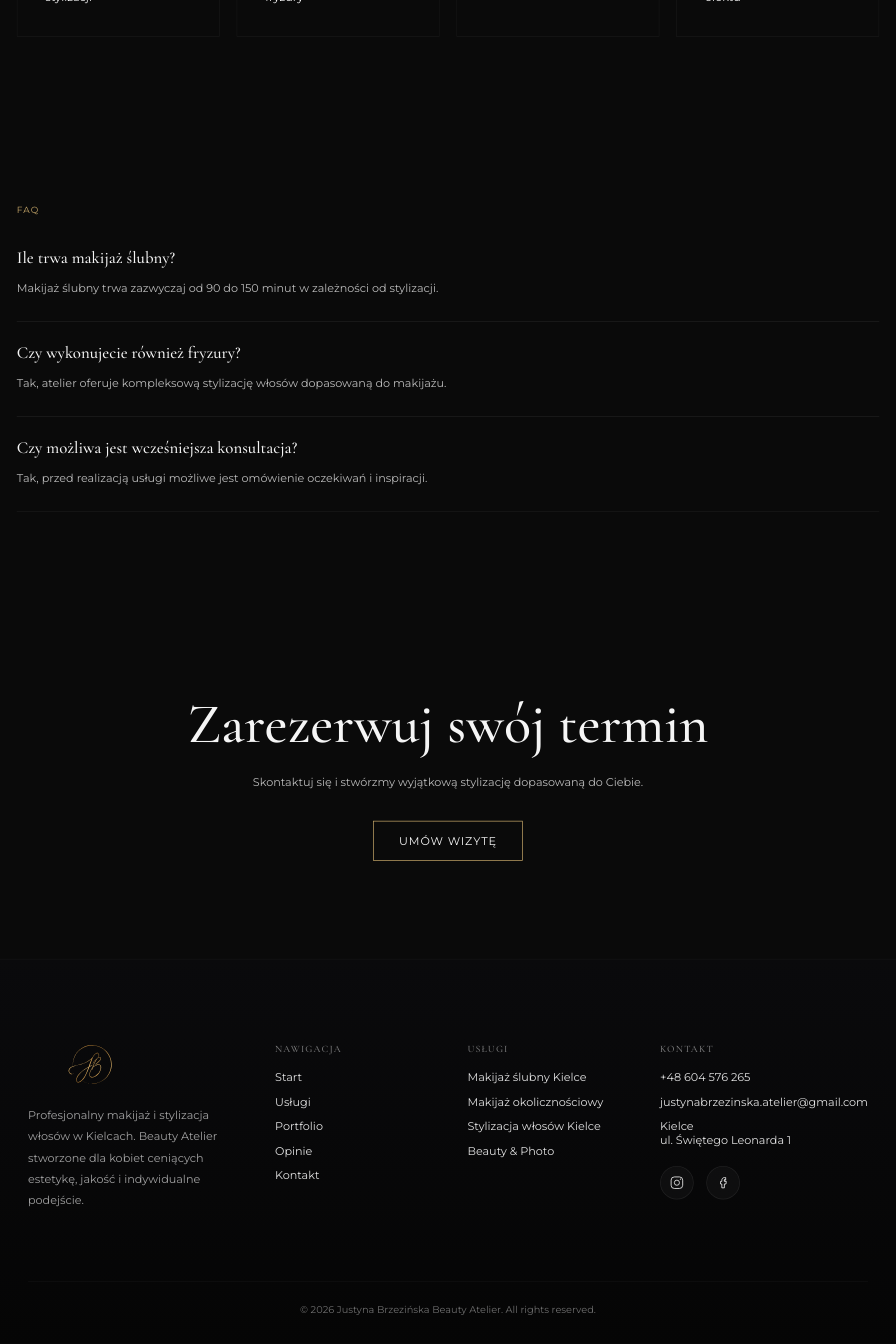
Repository: justynabrzezinskaatelier-bot/justynabrzezinska
Page: /uslugi
The author's editor kept a copy of each file at every save. The page is drawn from the files as they stood at one save, then again after the next save.
The browser window is 1280 px wide. The pictures show the part of the page from y = 3191 to 5111 px (the page is 5111 px tall before and 4658 px after), at 70% of full size.
The project was rebuilt for these pictures with package versions that can differ from the ones it lists, and the page was loaded fresh each time. The framework's server and built-in components were replaced by stand-ins that run in the browser. Also part of the build but not shown: next.config.ts.

Above is the page before, as saved 2026-05-09 18:19:15.

### src/app/layout.tsx
import type { Metadata, Viewport } from "next";
import { Cormorant_Garamond, Montserrat } from "next/font/google";
import Navbar from "@/components/Navbar/Navbar";
import Footer from "@/components/Footer/Footer";

import "@/styles/globals.css";

const cormorant = Cormorant_Garamond({
  subsets: ["latin"],
  variable: "--font-heading",
});

const montserrat = Montserrat({
  subsets: ["latin"],
  variable: "--font-body",
});

export const metadata: Metadata = {
  title: "Justyna Brzezińska Beauty Atelier",
  description:
    "Makijaż i stylizacja włosów w Kielcach. Makeup & Hair Studio.",

  icons: {
    icon: [
      {
        url: "/favicon.ico",
      },
      {
        url: "/favicon.svg",
        type: "image/svg+xml",
      },
      {
        url: "/favicon-96x96.png",
        sizes: "96x96",
        type: "image/png",
      },
    ],

    apple: "/apple-touch-icon.png",

    shortcut: "/favicon.ico",
  },

  manifest: "/site.webmanifest",

  appleWebApp: {
    title: "JB Atelier",
  },
};

export const viewport: Viewport = {
  themeColor: "#0a0a0a",
};

export default function RootLayout({
  children,
}: Readonly<{
  children: React.ReactNode;
}>) {
  return (
    <html lang="pl" data-scroll-behavior="smooth">
      <body className={`${cormorant.variable} ${montserrat.variable}`}>
        <Navbar />
        {children}
        <Footer />
      </body>
    </html>
  );
}

### src/app/uslugi/page.tsx
import type { Metadata } from "next";
import ServicesPage from "@/sections/ServicesPage/ServicesPage";

export const metadata: Metadata = {
    title: "Usługi | Justyna Brzezińska Beauty Atelier",
    description:
        "Makijaż ślubny, makijaż okolicznościowy i stylizacja włosów w Kielcach. Premium Beauty Atelier.",

    keywords: [
        "makijaż Kielce",
        "makijaż ślubny Kielce",
        "stylizacja włosów Kielce",
        "makeup artist Kielce",
        "beauty atelier Kielce",
    ],
};

export default function UsługiPage() {
    return <ServicesPage />;
}

### src/styles/globals.css
* {
  margin: 0;
  padding: 0;
  box-sizing: border-box;
}

:root {
  --background: #0a0a0a;
  --text: #f5f5f5;

  --gold: #c6a769;
  --gold-light: #e2c78f;

  --pink: #d8b4b4;

  --container: 1280px;

  --font-heading: serif;
  --font-body: sans-serif;
}

html {
  scroll-behavior: smooth;
}

body {
  background: var(--background);
  color: var(--text);
  font-family: var(--font-body);
}

h1,
h2,
h3,
h4 {
  font-family: var(--font-heading);
  font-weight: 500;
  line-height: 1.1;
}

img {
  max-width: 100%;
  display: block;
}

button,
input,
textarea {
  font: inherit;
}

a {
  color: inherit;
  text-decoration: none;
}

.container {
  width: 100%;
  max-width: var(--container);
  margin: 0 auto;
  padding: 0 24px;
}

### src/sections/ServicesPage/ServicesPage.tsx
import Image from "next/image";
import styles from "./ServicesPage.module.css";
import Link from "next/link";

const services = [
    {
        title: "Makijaż ślubny",
        description:
            "Elegancki i trwały makijaż ślubny tworzony z dbałością o każdy detal oraz perfekcyjne wykończenie.",
        image: "/services/wedding-makeup.webp",
        slug: "makijaz-slubny-kielce",
    },
    {
        title: "Makijaż okolicznościowy",
        description:
            "Profesjonalny makijaż na wyjątkowe okazje podkreślający naturalne piękno i charakter stylizacji.",
        image: "/services/occasion-makeup.webp",
        slug: "makijaz-okolicznosciowy-kielce",
    },
    {
        title: "Stylizacja włosów",
        description:
            "Nowoczesne fryzury i stylizacje włosów tworzone w harmonii z makijażem.",
        image: "/services/hair-style-look.webp",
        slug: "stylizacja-wlosow-kielce",
    },
    {
        title: "Beauty & Photo",
        description:
            "Kompleksowe przygotowanie beauty do sesji zdjęciowych.",
        image: "/services/beautyphoto.webp",
        slug: "beauty-photo-kielce",
    },
];

const process = [
    "Konsultacja i omówienie stylizacji",
    "Dobór makijażu oraz fryzury",
    "Realizacja usługi beauty",
    "Final touch i utrwalenie efektu",
];

const faq = [
    {
        question: "Ile trwa makijaż ślubny?",
        answer:
            "Makijaż ślubny trwa zazwyczaj od 90 do 150 minut w zależności od stylizacji.",
    },

    {
        question: "Czy wykonujecie również fryzury?",
        answer:
            "Tak, atelier oferuje kompleksową stylizację włosów dopasowaną do makijażu.",
    },

    {
        question: "Czy możliwa jest wcześniejsza konsultacja?",
        answer:
            "Tak, przed realizacją usługi możliwe jest omówienie oczekiwań i inspiracji.",
    },
];

export default function ServicesPage() {
    return (
        <main className={styles.page}>
            <section className={styles.hero}>

                <p className={styles.label}>Beauty Atelier</p>

                <h1>
                    Makijaż i stylizacja włosów
                    <span> w Kielcach</span>
                </h1>

                <p className={styles.description}>
                    Luxury Makeup & Hair Studio tworzone z pasji do
                    estetyki, trwałości i indywidualnego podejścia.
                </p>

            </section>

            <section className={styles.services}>
                <div className="container">
                    <div className={styles.grid}>
                        {services.map((service) => (
                            <article key={service.title} className={styles.card}>
                                <div className={styles.imageWrapper}>
                                    <Image
                                        src={service.image}
                                        alt={service.title}
                                        fill
                                        sizes="(max-width: 960px) 100vw, 50vw"
                                        className={styles.image}
                                    />
                                </div>

                                <div className={styles.content}>
                                    <h2>{service.title}</h2>

                                    <p>{service.description}</p>

                                    <Link href={`/uslugi/${service.slug}`}>
                                        Dowiedz się więcej
                                    </Link>
                                </div>
                            </article>
                        ))}
                    </div>
                </div>
            </section>

            <section className={styles.process}>
                <div className="container">
                    <p className={styles.label}>Proces współpracy</p>

                    <div className={styles.processGrid}>
                        {process.map((step, index) => (
                            <div key={step} className={styles.processCard}>
                                <span>0{index + 1}</span>

                                <p>{step}</p>
                            </div>
                        ))}
                    </div>
                </div>
            </section>

            <section className={styles.faq}>
                <div className="container">
                    <p className={styles.label}>FAQ</p>

                    <div className={styles.faqList}>
                        {faq.map((item) => (
                            <article key={item.question} className={styles.faqItem}>
                                <h3>{item.question}</h3>

                                <p>{item.answer}</p>
                            </article>
                        ))}
                    </div>
                </div>
            </section>

            <section className={styles.cta}>
                <div className="container">
                    <h2>Zarezerwuj swój termin</h2>

                    <p>
                        Skontaktuj się i stwórzmy wyjątkową stylizację
                        dopasowaną do Ciebie.
                    </p>

                    <a href="/kontakt">Umów wizytę</a>
                </div>
            </section>
        </main>
    );
}

### src/components/Navbar/Navbar.module.css
.header {
    position: fixed;
    top: 0;
    width: 100%;
    z-index: 100;
    transition: all 0.3s ease;
}

.scrolled {
    background: rgba(11, 11, 13, 0.6);
    backdrop-filter: blur(12px);
    border-bottom: 1px solid rgba(200, 169, 106, 0.15);
}

.inner {
    max-width: 1200px;
    margin: 0 auto;
    padding: 18px 24px;
    display: flex;
    align-items: center;
    justify-content: space-between;
}

/* LOGO */
.logo {
    display: flex;
    align-items: center;
}

/* NAV */
.nav {
    display: flex;
    gap: 32px;
}

.nav a {
    color: #fff;
    font-size: 14px;
    letter-spacing: 1px;
    text-transform: uppercase;
    opacity: 0.8;
    transition: 0.3s;
}

.nav a:hover {
    opacity: 1;
    color: #c8a96a;
}

/* CTA */
.cta {
    padding: 10px 18px;
    border: 1px solid #c8a96a;
    color: #c8a96a;
    font-size: 13px;
    text-transform: uppercase;
    letter-spacing: 1px;
    transition: 0.3s;
}

.cta:hover {
    background: #c8a96a;
    color: #0b0b0d;
}

/* BURGER */
.burger {
    display: none;
    flex-direction: column;
    gap: 5px;
    background: none;
    border: none;
}

.burger span {
    width: 24px;
    height: 2px;
    background: white;
    transition: 0.3s;
}

/* OVERLAY */
.overlay {
    position: fixed;
    inset: 0;
    background: rgba(0, 0, 0, 0.6);
    backdrop-filter: blur(8px);
    z-index: 90;
}

/* MOBILE MENU */
.mobileMenu {
    position: fixed;
    inset: 0;
    width: 100vw;
    height: 100vh;
    background: rgba(11, 11, 13, 0.98);
    backdrop-filter: blur(18px);
    z-index: 1000;

    display: flex;
    justify-content: center;
    align-items: center;

    opacity: 0;
    pointer-events: none;
    transition: opacity 0.4s ease;
}

/* OPEN STATE */
.open {
    opacity: 1;
    pointer-events: all;
}

.mobileContent {
    display: flex;
    flex-direction: column;
    align-items: center;
    text-align: center;
    gap: 40px;

    transform: scale(0.98);
    animation: fadeIn 0.5s ease forwards;
}

/* LOGO */
.mobileLogo {
    margin-bottom: 10px;
}

/* NAV LINKS - LUXURY TYPOGRAPHY */
.mobileNav {
    display: flex;
    flex-direction: column;
    gap: 22px;
}

.mobileNav a {
    font-size: 22px;
    letter-spacing: 2px;
    text-transform: uppercase;
    color: #ffffff;
    opacity: 0.75;
    transition: 0.3s;
}

.mobileNav a:hover {
    opacity: 1;
    color: #c8a96a;
}

/* CTA */
.mobileCTA {
    margin-top: 20px;
    padding: 14px 28px;
    border: 1px solid #c8a96a;
    color: #c8a96a;
    text-transform: uppercase;
    letter-spacing: 2px;
    font-size: 13px;
    transition: 0.3s;
}

.mobileCTA:hover {
    background: #c8a96a;
    color: #0b0b0d;
}

/* CLOSE BUTTON */
.close {
    position: absolute;
    top: 24px;
    right: 24px;
    font-size: 36px;
    background: none;
    border: none;
    color: white;
    opacity: 0.6;
    transition: 0.3s;
}

.close:hover {
    opacity: 1;
}

/* ANIMATION */
@keyframes fadeIn {
    from {
        opacity: 0;
        transform: scale(0.96);
    }

    to {
        opacity: 1;
        transform: scale(1);
    }
}

/* RESPONSIVE */
@media (max-width: 900px) {

    .nav,
    .cta {
        display: none;
    }

    .burger {
        display: flex;
    }
}

### src/components/Footer/Footer.module.css
.footer {
    position: relative;

    padding:
        120px 40px 40px;

    background:
        linear-gradient(to bottom,
            #0a0a0c,
            #050505);

    border-top:
        1px solid rgba(255, 255, 255, 0.06);
}

.top {
    max-width: 1400px;
    margin: 0 auto;

    display: grid;
    grid-template-columns:
        1.4fr 1fr 1fr 1fr;

    gap: 80px;
}

.brand p {
    margin-top: 28px;

    color:
        rgba(255, 255, 255, 0.62);

    line-height: 1.9;

    max-width: 340px;
}

.column h3 {
    margin-bottom: 24px;

    font-size: 14px;
    font-weight: 500;
    letter-spacing: 0.12em;
    text-transform: uppercase;

    color:
        rgba(255, 255, 255, 0.45);
}

.column nav,
.links,
.contact {
    display: flex;
    flex-direction: column;
    gap: 16px;
}

.column a,
.contact p {
    color:
        rgba(255, 255, 255, 0.88);

    text-decoration: none;

    transition: 0.3s ease;
}

.column a:hover {
    color: white;
}

.socials {
    display: flex;
    gap: 18px;

    margin-top: 28px;
}

.socials a {
    width: 48px;
    height: 48px;

    display: flex;
    align-items: center;
    justify-content: center;

    border-radius: 50%;

    border:
        1px solid rgba(255, 255, 255, 0.08);

    background:
        rgba(255, 255, 255, 0.03);

    color:
        rgba(255, 255, 255, 0.8);

    transition:
        transform 0.3s ease,
        background 0.3s ease,
        border-color 0.3s ease;
}

.socials a:hover {
    transform: translateY(-3px);

    background:
        rgba(255, 255, 255, 0.08);

    border-color:
        rgba(255, 255, 255, 0.15);

    color: white;
}

.bottom {
    margin-top: 100px;
    padding-top: 30px;

    border-top:
        1px solid rgba(255, 255, 255, 0.06);

    text-align: center;
}

.bottom p {
    color:
        rgba(255, 255, 255, 0.42);

    font-size: 14px;
}

@media (max-width: 1000px) {

    .top {
        grid-template-columns: 1fr;
        gap: 60px;
    }

    .footer {
        display: flex;
        flex-direction: column;
        align-items: center;
        justify-content: center;
        align-items: center;
        text-align: center;
        padding:
            90px 24px 32px;
    }

    .brand {
        display: flex;
        flex-direction: column;
        align-items: center;
    }

    .socials {
        justify-content: center;
    }

    .bottom {
        margin-top: 60px;
    }
}

### src/sections/ServicesPage/ServicesPage.module.css
.page {
    padding-top: 140px;
}

.hero {
    display: flex;
    flex-direction: column;
    align-items: center;
    justify-content: center;
    padding: 120px 0 80px;
}

.label {
    color: var(--gold);

    text-transform: uppercase;
    letter-spacing: 0.12em;

    margin-bottom: 24px;

    font-size: 0.8rem;
}

.hero h1 {
    text-align: center;
    font-size: clamp(3rem, 10vw, 6rem);
    max-width: 900px;
    line-height: 1.1;
}

.hero h1 span {
    color: var(--gold);
}

.description {
    text-align: center;
    margin-top: 32px;
    max-width: 640px;
    color: rgba(255, 255, 255, 0.72);
    font-size: 1.1rem;
    line-height: 1.8;
}

.services {
    padding: 80px 0;
}

.grid {
    display: grid;
    grid-template-columns: repeat(2, 1fr);

    gap: 40px;
}

.card {
    background: rgba(255, 255, 255, 0.02);

    border: 1px solid rgba(255, 255, 255, 0.05);

    overflow: hidden;

    transition:
        transform 0.4s ease,
        border-color 0.4s ease;
}

.card:hover {
    transform: translateY(-8px);

    border-color: rgba(198, 167, 105, 0.3);
}

.imageWrapper {
    position: relative;

    aspect-ratio: 4 / 5;
}

.image {
    object-fit: cover;
}

.content {
    padding: 40px;
}

.content h2 {
    margin-bottom: 20px;

    font-size: 2rem;
}

.content p {
    color: rgba(255, 255, 255, 0.72);

    line-height: 1.8;
}

.content a {
    display: inline-block;

    margin-top: 32px;

    color: var(--gold);

    text-transform: uppercase;
    letter-spacing: 0.08em;

    font-size: 0.85rem;
}

.process {
    padding: 120px 0;
}

.processGrid {
    display: grid;
    grid-template-columns: repeat(4, 1fr);

    gap: 24px;

    margin-top: 48px;
}

.processCard {
    padding: 40px;

    border: 1px solid rgba(255, 255, 255, 0.05);
}

.processCard span {
    display: block;

    margin-bottom: 24px;

    color: var(--gold);

    font-size: 2rem;
}

.processCard p {
    line-height: 1.8;
}

.faq {
    padding: 120px 0;
}

.faqList {
    display: flex;
    flex-direction: column;

    gap: 32px;

    margin-top: 48px;
}

.faqItem {
    padding-bottom: 32px;

    border-bottom: 1px solid rgba(255, 255, 255, 0.08);
}

.faqItem h3 {
    margin-bottom: 16px;

    font-size: 1.5rem;
}

.faqItem p {
    color: rgba(255, 255, 255, 0.72);

    line-height: 1.8;
}

.cta {
    padding: 140px 0;

    text-align: center;
}

.cta h2 {
    font-size: clamp(3rem, 7vw, 5rem);
}

.cta p {
    max-width: 640px;

    margin: 24px auto 0;

    color: rgba(255, 255, 255, 0.72);

    line-height: 1.8;
}

.cta a {
    display: inline-block;

    margin-top: 40px;

    padding: 18px 36px;

    border: 1px solid var(--gold);

    text-transform: uppercase;
    letter-spacing: 0.08em;

    transition:
        background 0.3s ease,
        color 0.3s ease;
}

.cta a:hover {
    background: var(--gold);
    color: #000;
}

@media (max-width: 960px) {
    .grid {
        grid-template-columns: 1fr;
    }

    .processGrid {
        grid-template-columns: 1fr;
    }

    .content {
        padding: 32px 24px;
    }

    .hero {
        padding-top: 80px;
    }
}

Loaded but not shown: src/components/Navbar/Navbar.tsx (185 lines, source omitted); src/components/Footer/Footer.tsx (159 lines, source omitted)

After the next save:
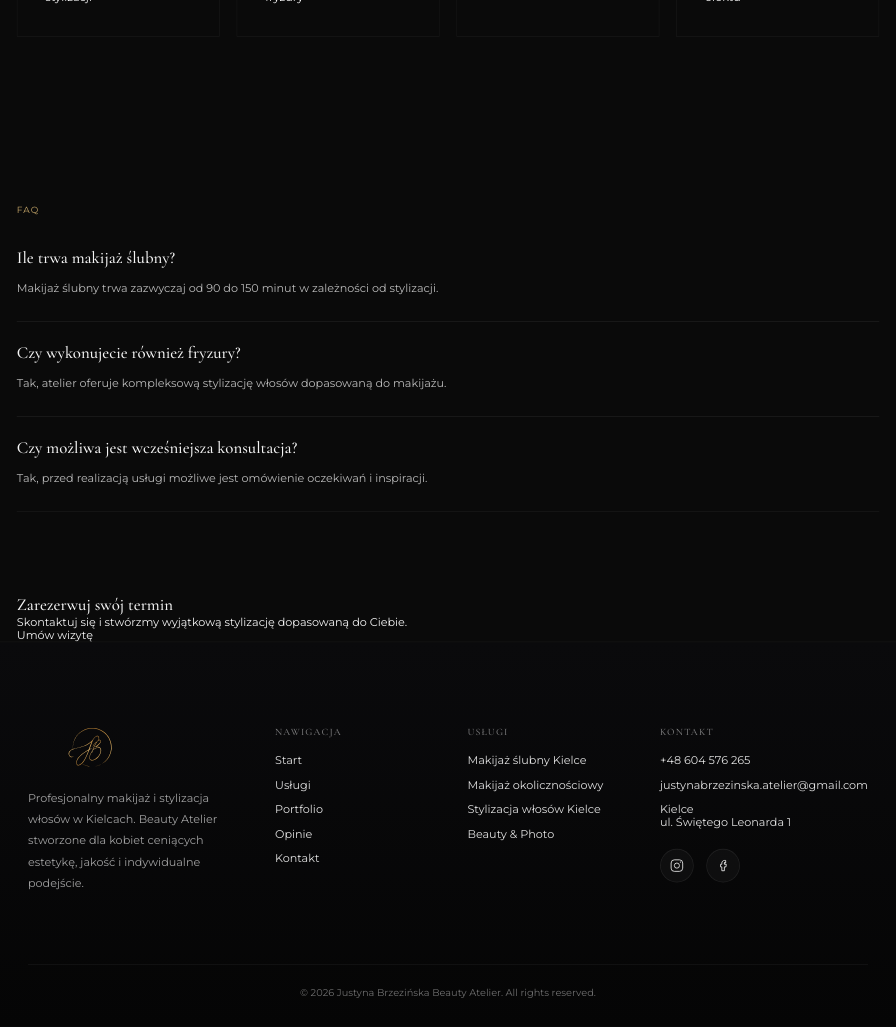
Saved 65 s later.
--- a/src/sections/ServicesPage/ServicesPage.tsx
+++ b/src/sections/ServicesPage/ServicesPage.tsx
@@ -141,18 +141,18 @@
                 </div>
             </section>
 
-            <section className={styles.cta}>
-                <div className="container">
-                    <h2>Zarezerwuj swój termin</h2>
+            {/* <section className={styles.cta}> */}
+            <div className="container">
+                <h2>Zarezerwuj swój termin</h2>
 
-                    <p>
-                        Skontaktuj się i stwórzmy wyjątkową stylizację
-                        dopasowaną do Ciebie.
-                    </p>
+                <p>
+                    Skontaktuj się i stwórzmy wyjątkową stylizację
+                    dopasowaną do Ciebie.
+                </p>
 
-                    <a href="/kontakt">Umów wizytę</a>
-                </div>
-            </section>
+                <a href="/kontakt">Umów wizytę</a>
+            </div>
+            {/* </section> */}
         </main>
     );
 }

After the save that followed:
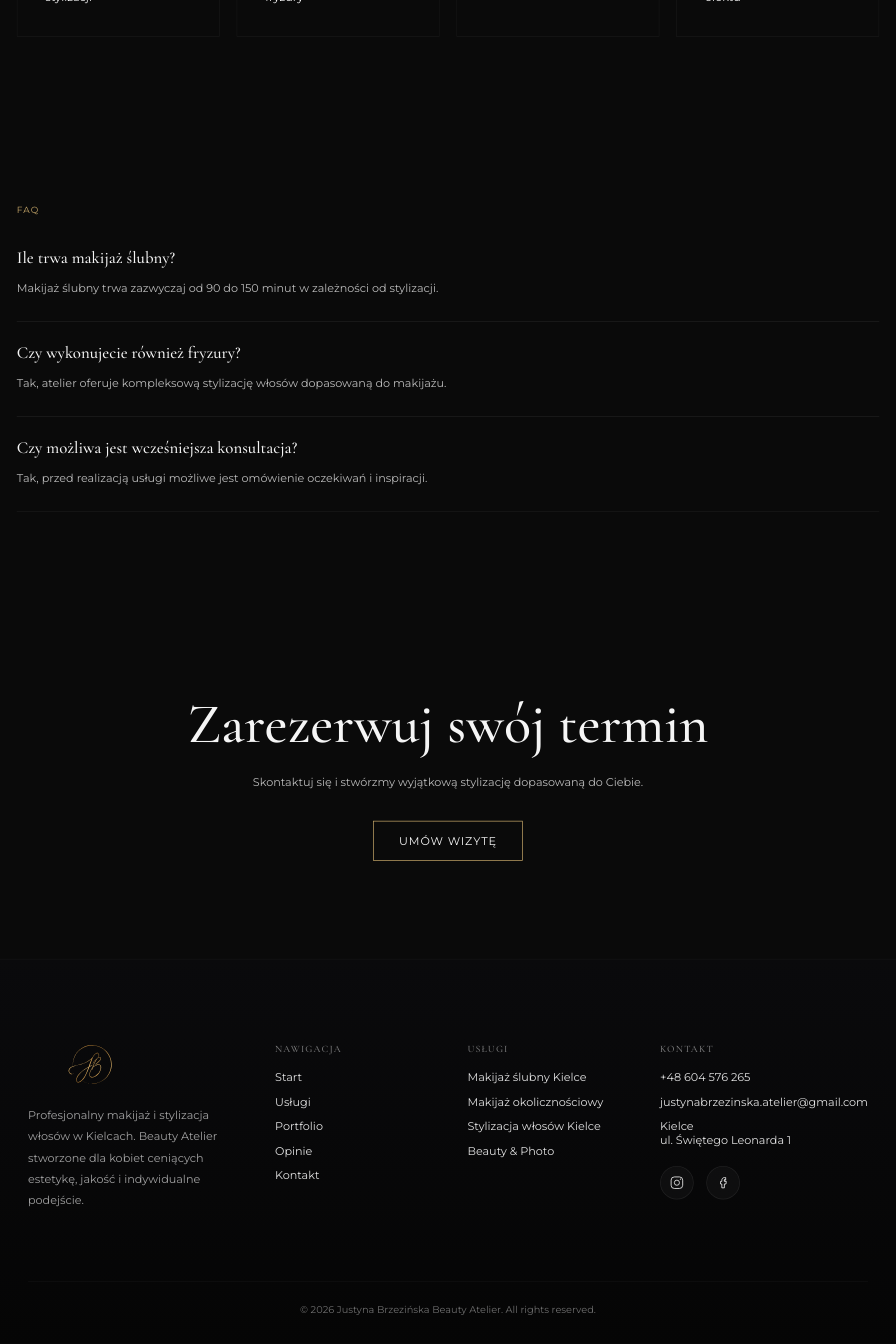
Saved 17 s later.
--- a/src/sections/ServicesPage/ServicesPage.tsx
+++ b/src/sections/ServicesPage/ServicesPage.tsx
@@ -141,18 +141,18 @@
                 </div>
             </section>
 
-            {/* <section className={styles.cta}> */}
-            <div className="container">
-                <h2>Zarezerwuj swój termin</h2>
+            <section className={styles.cta}>
+                <div className="container">
+                    <h2>Zarezerwuj swój termin</h2>
 
-                <p>
-                    Skontaktuj się i stwórzmy wyjątkową stylizację
-                    dopasowaną do Ciebie.
-                </p>
+                    <p>
+                        Skontaktuj się i stwórzmy wyjątkową stylizację
+                        dopasowaną do Ciebie.
+                    </p>
 
-                <a href="/kontakt">Umów wizytę</a>
-            </div>
-            {/* </section> */}
+                    <a href="/kontakt">Umów wizytę</a>
+                </div>
+            </section>
         </main>
     );
 }
